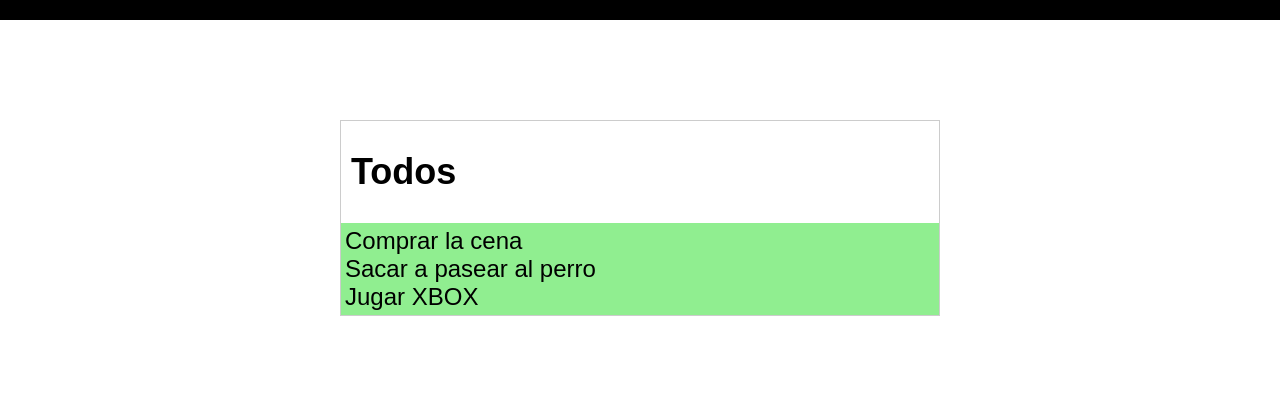
Repository: MauriVaz/Primer-app-con-Vue
Page: /
These files come from the project's save history. The page is drawn as it stood at one moment and after the next save; the edit follows.
The browser window is 1280 px wide. The pictures show the whole page.
The project was rebuilt for these pictures with package versions that can differ from the ones it lists, and the page was loaded fresh each time. Also part of the build but not shown: vue.config.js.

Above is the page before, as saved 2022-12-13 03:37:22.

### public/index.html
<!DOCTYPE html>
<html lang="">
  <head>
    <meta charset="utf-8">
    <meta http-equiv="X-UA-Compatible" content="IE=edge">
    <meta name="viewport" content="width=device-width,initial-scale=1.0">
    <link rel="icon" href="<%= BASE_URL %>favicon.ico">
    <title><%= htmlWebpackPlugin.options.title %></title>
  </head>
  <body>
    <noscript>
      <strong>Por favor activa Javascript</strong>
    </noscript>
    <div id="app"></div>
    <!-- built files will be auto injected -->
  </body>
</html>

### src/App.vue
<template>
  <div id="header"></div>
  <div id="main-container">
    <h2>Todos</h2>
    <Todos v-bind:todoslist="copyTodos" />
  </div>
</template>

<script>
// import HelloWorld from './components/HelloWorld.vue'
// import Search from './components/Search.vue';
// import TodoAdd from "./components/TodoAdd.vue"
import Todos from './components/Todos';

export default {
  name: 'App',
  components: {
    Todos
  },
  data(){
    return{
      todos:[
        {
          id:0,
          title:"Comprar la cena",
          completed:false
        },{
          id:1,
          title:"Sacar a pasear al perro",
          completed:true
        },{
          id:2,
          title:"Jugar XBOX",
          completed:false
        }
      ],
      copyTodos:[]
    }
  },
  created(){
    this.copyTodos=[...this.todos]
  }
}
</script>

<style>
*{
  box-sizing: border-box;
}

body{
  font-family: Arial, Helvetica, sans-serif;
  font-size: 1.5em;
  padding: 0;
  margin: 0;
 }
 #main-container{
   border: solid 1px #ccc;
   width: 600px;
   margin: 100px auto;
  }
  #header{
  background:black;
  padding: 10px;
}
h2{
   padding: 0 10px;
 }

</style>

### src/components/Todos.vue
<template>
    <div class="container">
        <div v-bind:key="todo.id" v-for="todo in todoslist">
            <div>{{todo.title}}</div>
        </div>
    </div>
</template>

<script>
export default{
    // eslint-disable-next-line vue/multi-word-component-names
    name:'Todos',
    props:['todoslist']
}
</script>

<style>
.container{
    background-color: lightgreen;
    padding:4px;
}
</style>

Loaded but not shown: src/main.js (common file)

After the next save:
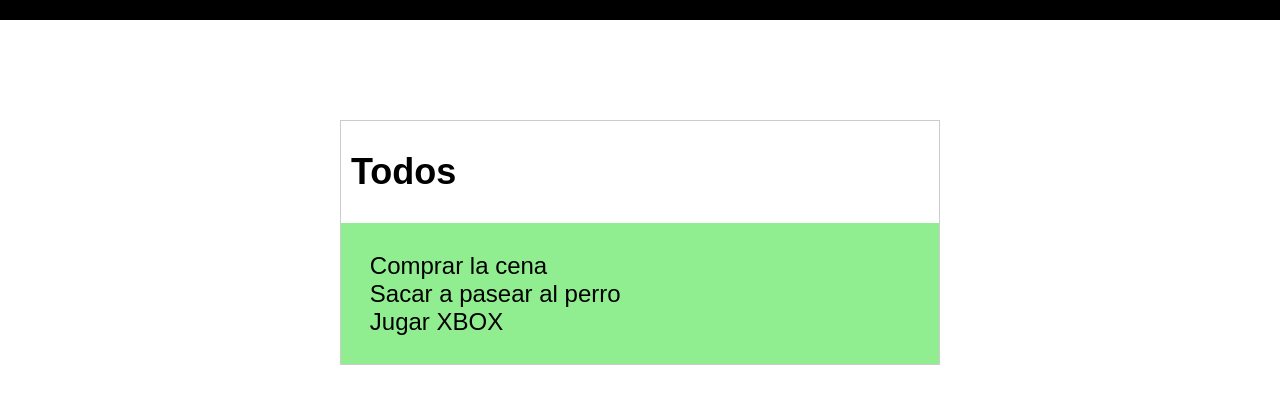
Saved 5 s later.
--- a/src/components/Todos.vue
+++ b/src/components/Todos.vue
@@ -17,6 +17,6 @@ export default{
 <style>
 .container{
     background-color: lightgreen;
-    padding:4px;
+    padding:4vh;
 }
 </style>
